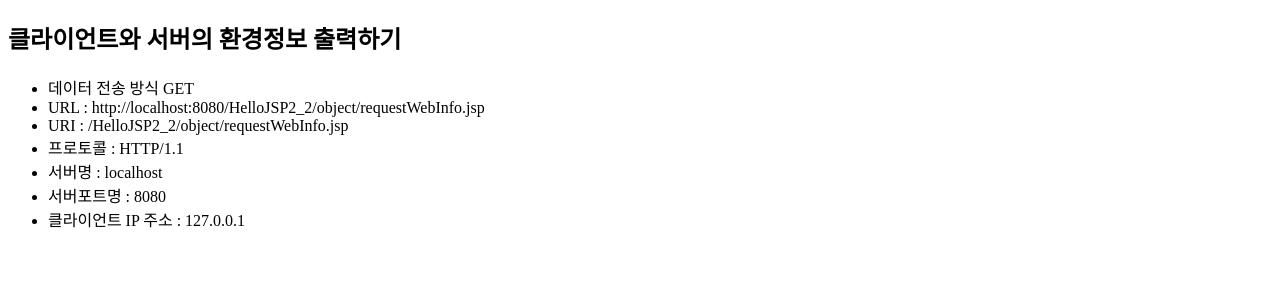
Repository: parkblacksheep/JSP-Servlet
Page: http://localhost/HelloJSP2_2/object/requestWebInfo.jsp
An editor plug-in stored every save of this project. The page is shown before and after a run of saves, followed by the edit.
The browser window is 1280 px wide. The pictures show the whole page.
The page is served by Tomcat 9.

Above is the page before, as saved 2024-07-25 01:42:25.

### HelloJSP2_2/src/main/webapp/object/requestWebInfo.jsp
<%@ page language="java" contentType="text/html; charset=UTF-8"
    pageEncoding="UTF-8"%>
<!DOCTYPE html>
<html>
	<head>
		<meta charset="UTF-8">
		<title>Insert title here</title>
	</head>

	<body>
		<h2>클라이언트와 서버의 환경정보 출력하기</h2>
		<ul>
			<li>데이터 전송 방식 <%= request.getMethod() %></li>
			<li>URL : <%= request.getRequestURL() %></li>
			<li>URI : <%= request.getRequestURI() %></li>
			<li>프로토콜 : <%= request.getProtocol() %></li>
			<li>서버명 : <%= request.getServerName() %></li>
			<li>서버포트명 : <%= request.getServerPort() %></li>
			<li>클라이언트 IP 주소  : <%= request.getRemoteAddr() %></li>
		</ul>
	</body>
</html>

After the next 2 saves:
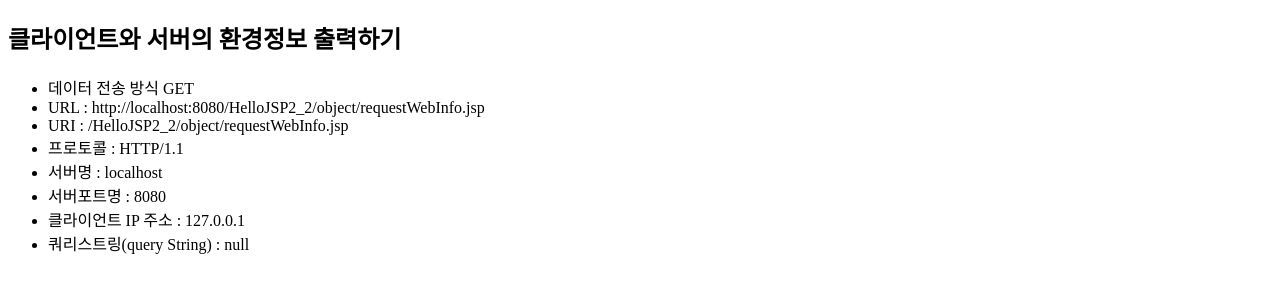
The 2 saves are shown as one change because they came seconds apart.
The last was saved 71 s later.
--- a/HelloJSP2_2/src/main/webapp/object/requestWebInfo.jsp
+++ b/HelloJSP2_2/src/main/webapp/object/requestWebInfo.jsp
@@ -17,6 +17,7 @@
 			<li>서버명 : <%= request.getServerName() %></li>
 			<li>서버포트명 : <%= request.getServerPort() %></li>
 			<li>클라이언트 IP 주소  : <%= request.getRemoteAddr() %></li>
+			<li>쿼리스트링(query String)  : <%= request.getQueryString() %></li>
 		</ul>
 	</body>
 </html>
